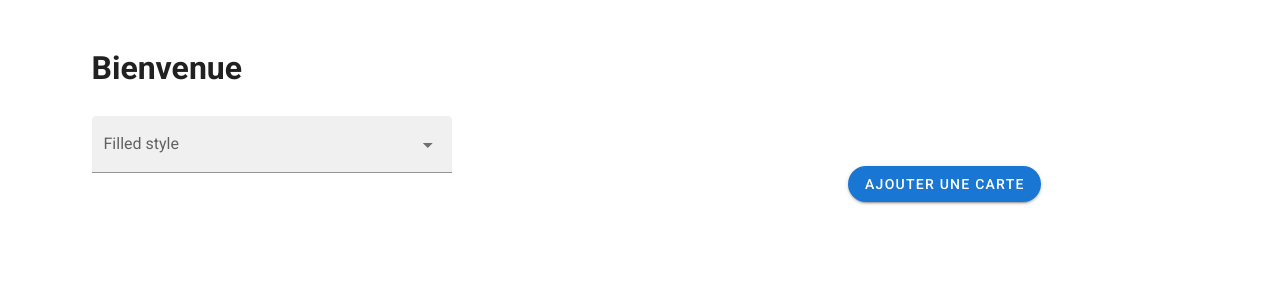
Repository: SidneyHodieb/myc
Page: /
The author's editor kept a copy of each file at every save. The page is drawn from the files as they stood at one save, then again after the next save.
The browser window is 1280 px wide. The pictures show the whole page.
The project was rebuilt for these pictures with package versions that can differ from the ones it lists, and the page was loaded fresh each time. Also part of the build but not shown: vue.config.js.

Above is the page before, as saved 2021-04-01 23:17:26.

### src/App.vue
<template>
  <v-app>
    <v-main>
      <router-view></router-view>
    </v-main>
  </v-app>
</template>

<script>

export default {
  name: 'App',
  data: () => ({
    //
  }),
};
</script>

### src/views/Home.vue
<template>
  <v-container>
    <v-row class="mt-5 ml-5">
      <v-col cols="12" sm="12">
        <h1>Bienvenue</h1>
      </v-col>
      <v-col class="d-flex" sm="4">
        <v-select :items="items" filled label="Filled style"></v-select>
      </v-col>
     <v-col offset-md="2" sm="6" style="margin-top:50px">
      <div class="text-center">
        <v-btn rounded color="primary" dark offset-md="8">
          Ajouter une carte
        </v-btn>
      </div>
      </v-col>
    </v-row>
  </v-container>
</template>

<script>
// @ is an alias to /src

export default {
  components: {},
};
</script>

Loaded but not shown: public/index.html (common file); src/main.js (common file); src/router/index.js (common file); src/store/index.js (common file); src/plugins/vuetify.js (common file)

After the next save:
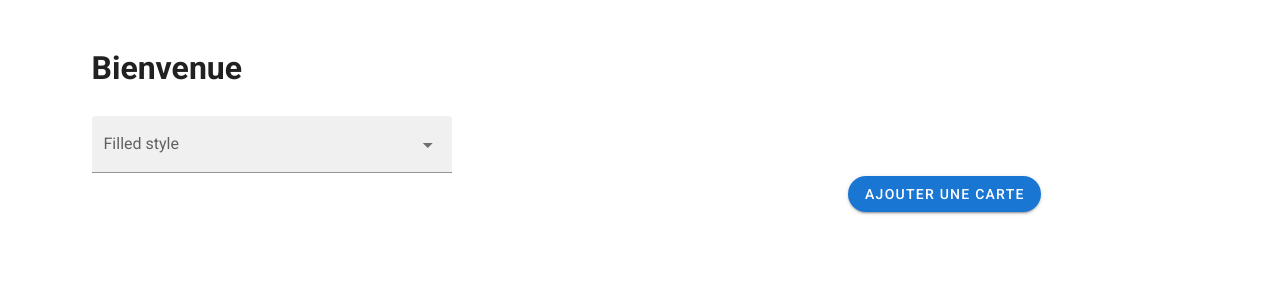
Saved 5 s later.
--- a/src/views/Home.vue
+++ b/src/views/Home.vue
@@ -7,7 +7,7 @@
       <v-col class="d-flex" sm="4">
         <v-select :items="items" filled label="Filled style"></v-select>
       </v-col>
-     <v-col offset-md="2" sm="6" style="margin-top:50px">
+     <v-col offset-md="2" sm="6" style="margin-top:60px">
       <div class="text-center">
         <v-btn rounded color="primary" dark offset-md="8">
           Ajouter une carte

After the save that followed:
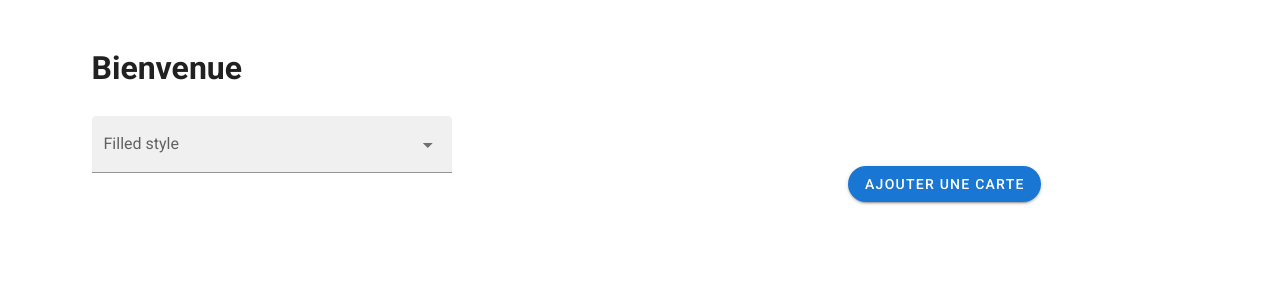
Saved 14 s later.
--- a/src/views/Home.vue
+++ b/src/views/Home.vue
@@ -7,7 +7,7 @@
       <v-col class="d-flex" sm="4">
         <v-select :items="items" filled label="Filled style"></v-select>
       </v-col>
-     <v-col offset-md="2" sm="6" style="margin-top:60px">
+     <v-col offset-md="2" sm="6" style="margin-top:50px">
       <div class="text-center">
         <v-btn rounded color="primary" dark offset-md="8">
           Ajouter une carte
